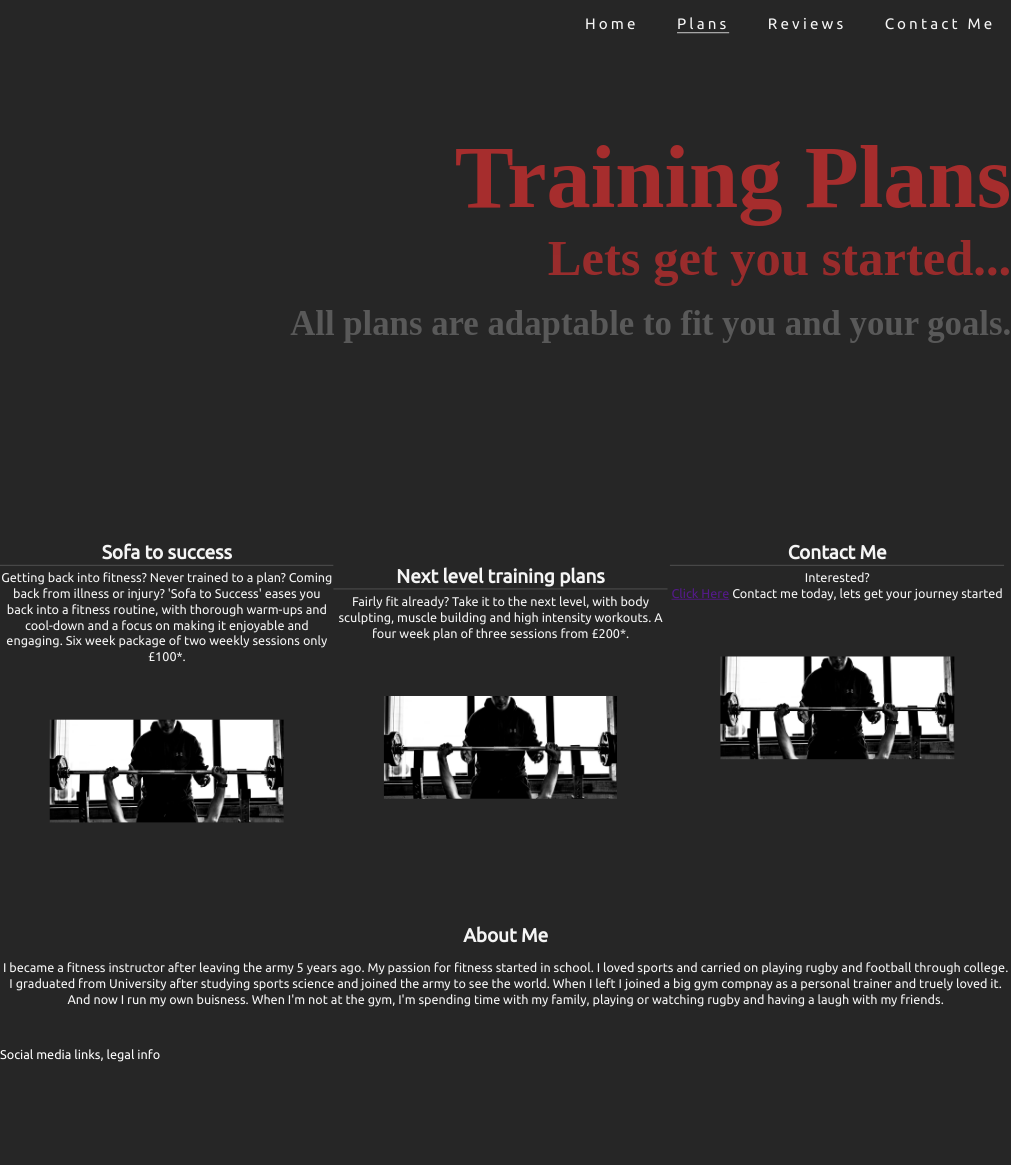
Repository: ClaireRoberts1403/Joe-Bloggs-Personal-Trainer
Page: html/plans.html
The author's editor kept a record of every edit. The page is drawn from the files as they stood at one moment, then again after the next edit.
The browser window is 1280 px wide. The pictures show the whole page, at 79% of full size.
Some web fonts or font styles are not loaded; a fallback is used.

Above is the page before.

After the next edit:
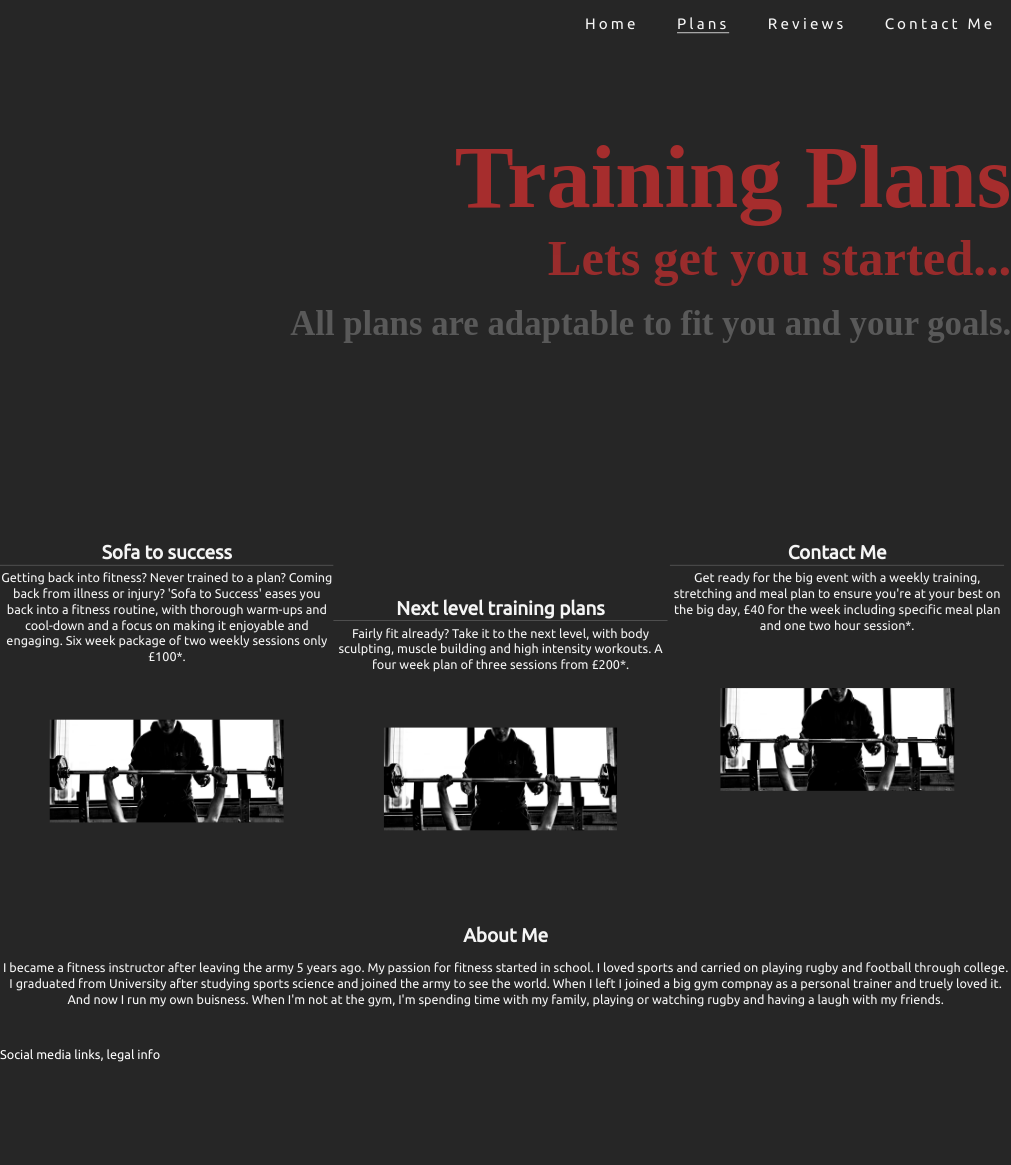
The edit:
--- a/html/plans.html
+++ b/html/plans.html
@@ -73,8 +73,7 @@
 		<div class="plan-2">
 			<h2>Contact Me <i class="#"></i></h2>
 			<hr>
-			<p>Interested?<br>
-				<a href "##">Click Here</a> Contact me today, lets get your journey started</p>
+			<p>Get ready for the big event with a weekly training, stretching and meal plan to ensure you're at your best on the big day, £40 for the week including specific meal plan and one two hour session*.</p>
 			<br>
 
 			<li class="indeximage3">
